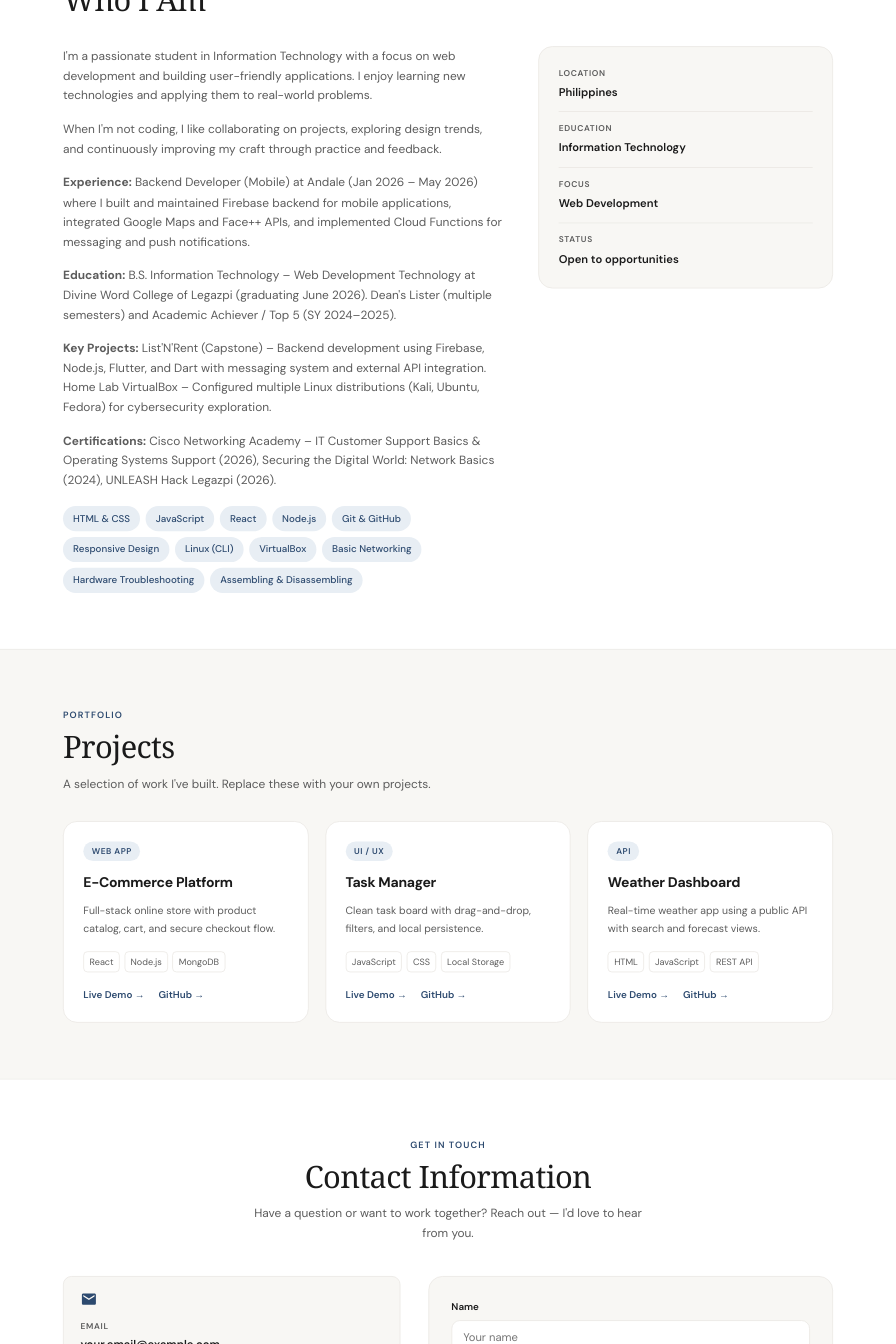
Repository: CodeJack0/Professional_Portfolio
Page: index.html
These files come from the project's save history. The page is drawn as it stood at one moment and after the next save; the edit follows.
The browser window is 1280 px wide. The pictures show the part of the page from y = 860 to 2780 px (the page is 3431 px tall before and 2997 px after), at 70% of full size.
Some web fonts or font styles are not loaded; a fallback is used.

Above is the page before, as saved 2026-05-29 22:12:06.

After the next save:
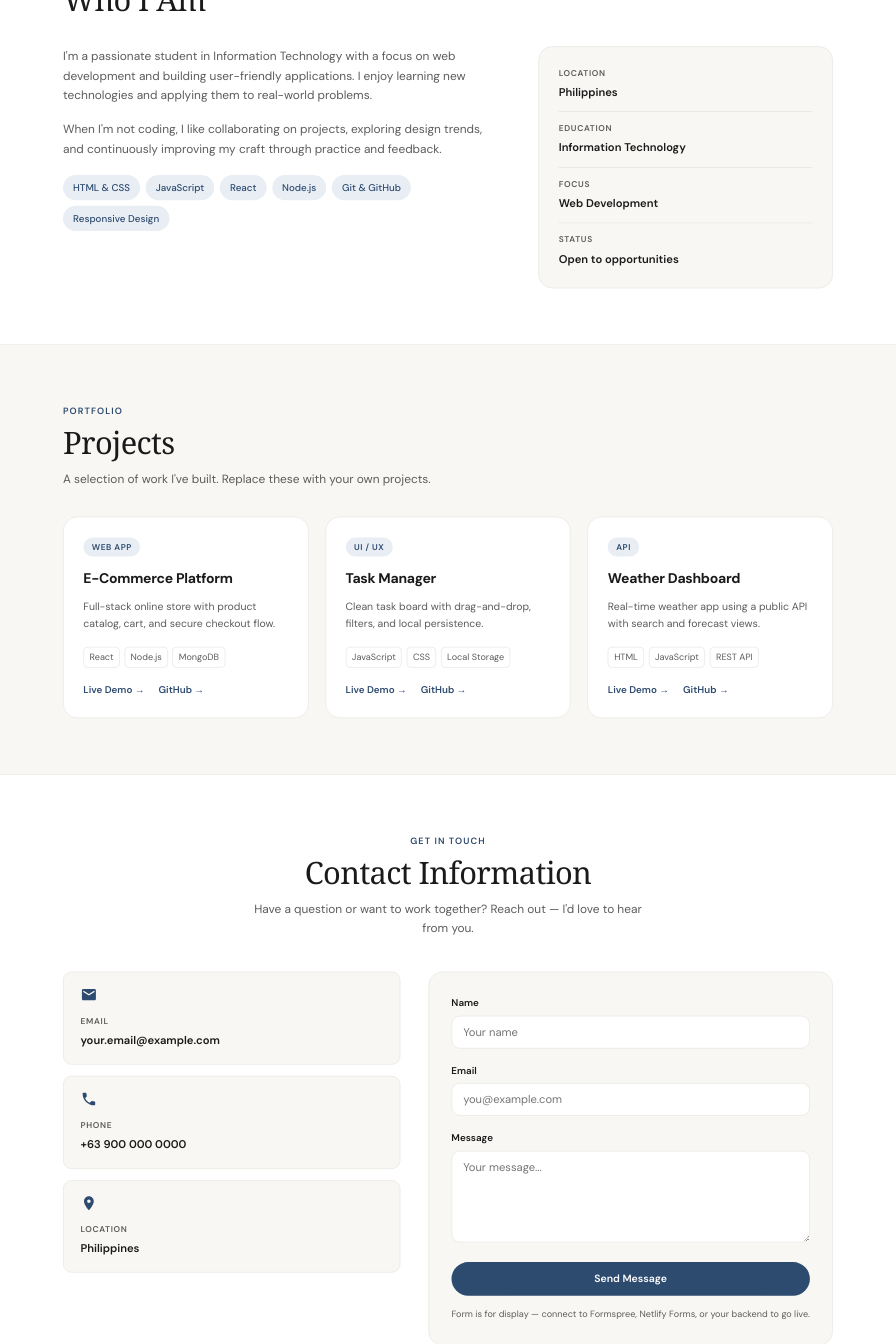
Saved 70 s later.
--- a/index.html
+++ b/index.html
@@ -89,18 +89,6 @@
               trends, and continuously improving my craft through practice and
               feedback.
             </p>
-            <p>
-              <strong>Experience:</strong> Backend Developer (Mobile) at Andale (Jan 2026 – May 2026) where I built and maintained Firebase backend for mobile applications, integrated Google Maps and Face++ APIs, and implemented Cloud Functions for messaging and push notifications.
-            </p>
-            <p>
-              <strong>Education:</strong> B.S. Information Technology – Web Development Technology at Divine Word College of Legazpi (graduating June 2026). Dean's Lister (multiple semesters) and Academic Achiever / Top 5 (SY 2024–2025).
-            </p>
-            <p>
-              <strong>Key Projects:</strong> List'N'Rent (Capstone) – Backend development using Firebase, Node.js, Flutter, and Dart with messaging system and external API integration. Home Lab VirtualBox – Configured multiple Linux distributions (Kali, Ubuntu, Fedora) for cybersecurity exploration.
-            </p>
-            <p>
-              <strong>Certifications:</strong> Cisco Networking Academy – IT Customer Support Basics & Operating Systems Support (2026), Securing the Digital World: Network Basics (2024), UNLEASH Hack Legazpi (2026).
-            </p>
             <ul class="skills-list">
               <li>HTML &amp; CSS</li>
               <li>JavaScript</li>
@@ -108,11 +96,6 @@
               <li>Node.js</li>
               <li>Git &amp; GitHub</li>
               <li>Responsive Design</li>
-              <li>Linux (CLI)</li>
-              <li>VirtualBox</li>
-              <li>Basic Networking</li>
-              <li>Hardware Troubleshooting</li>
-              <li>Assembling &amp; Disassembling</li>
             </ul>
           </div>
           <aside class="about-details">
